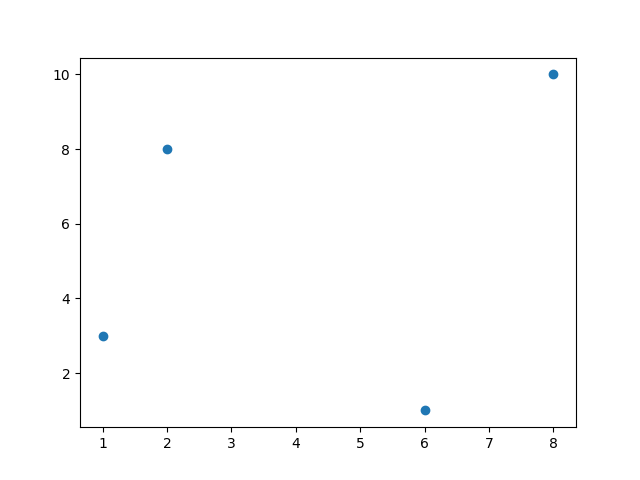
Repository: rupeshkofficial/Python-Code
Script's output: python MATPLOTLIB/4_matplotlibpyplot.py
The author's editor kept a copy of each file at every save. The script's output is drawn from the files as they stood at one save, then again after the next save.
Random numbers start from a fixed seed.

Above is the script's output before, as saved 2024-05-22 13:32:07.

### MATPLOTLIB/4_matplotlibpyplot.py
import matplotlib.pyplot as plt
import numpy as np

xpoints = np.array([1,2,6,8])
ypoints = np.array([3,8,1,10])
plt.plot(xpoints,ypoints, 'o')
plt.show()

After the next save:
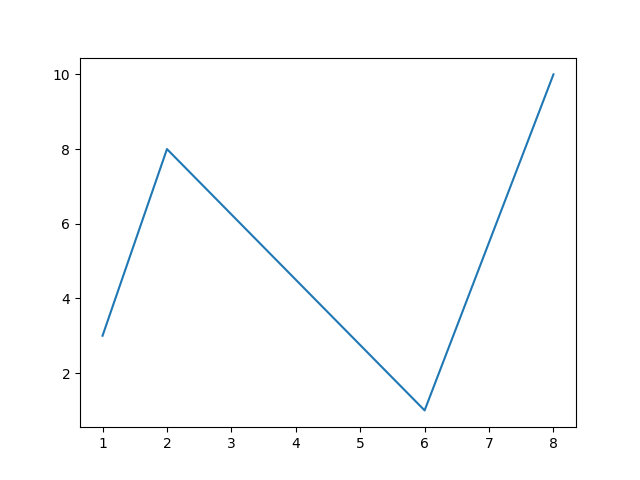
Saved 11 s later.
--- a/MATPLOTLIB/4_matplotlibpyplot.py
+++ b/MATPLOTLIB/4_matplotlibpyplot.py
@@ -3,5 +3,5 @@ import numpy as np
 
 xpoints = np.array([1,2,6,8])
 ypoints = np.array([3,8,1,10])
-plt.plot(xpoints,ypoints, 'o')
+plt.plot(xpoints,ypoints)
 plt.show()
